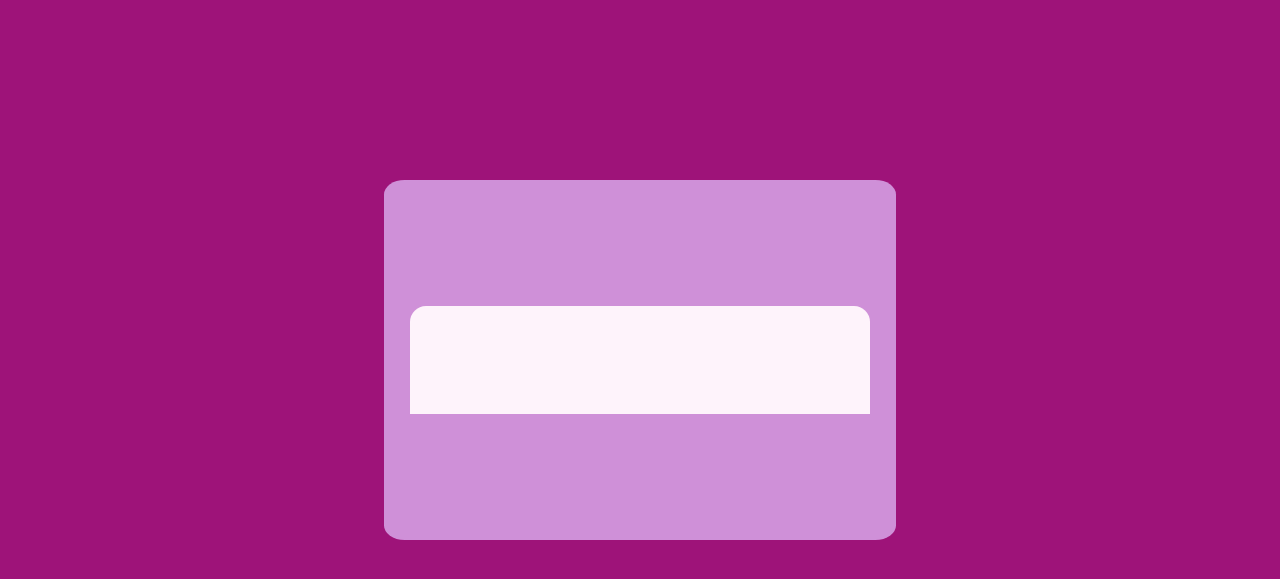
Repository: 2001mariana/Calculator_react
Page: /
These files come from the project's save history. The page is drawn as it stood at one moment and after the next save; the edit follows.
The browser window is 1280 px wide. The pictures show the whole page.
The project was rebuilt for these pictures with package versions that can differ from the ones it lists, and the page was loaded fresh each time.

Above is the page before, as saved 2023-02-06 17:29:21.

After the next save:
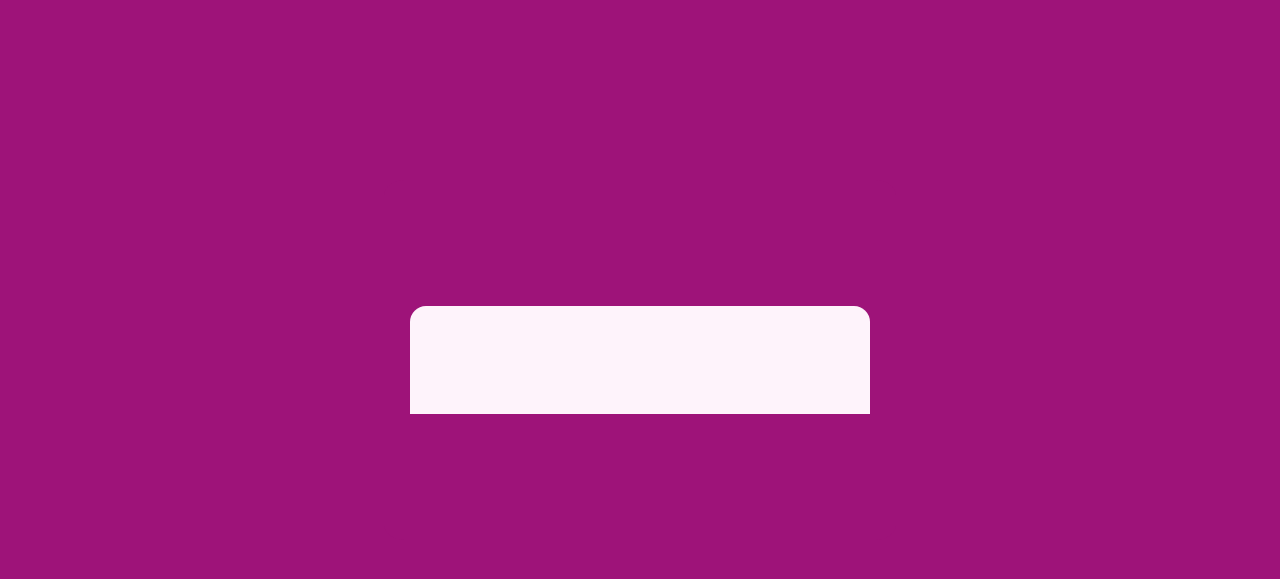
Saved 15 s later.
--- a/src/App.css
+++ b/src/App.css
@@ -10,7 +10,7 @@
   height: 50vh;
   width: 40vw;
   border-radius: 4%;
-  background-color: #CF90D8;
+  background-color: #9e1379;
   display: flex;
   flex-direction: column;
   justify-content: center;
